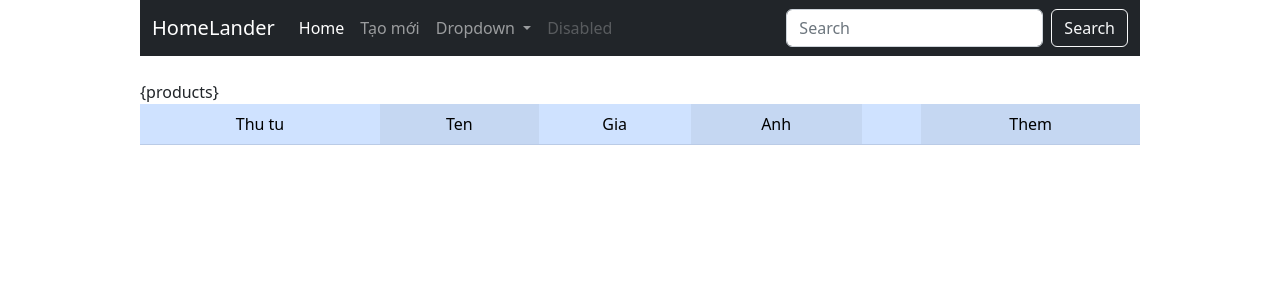
Repository: nguyenhung50497/MD3_CRUD-2Table
Page: src/views/home.html
These files come from the project's save history. The page is drawn as it stood at one moment and after the next save; the edit follows.
The browser window is 1280 px wide. The pictures show the whole page.

Above is the page before, as saved 2022-12-28 15:31:06.

After the next save:
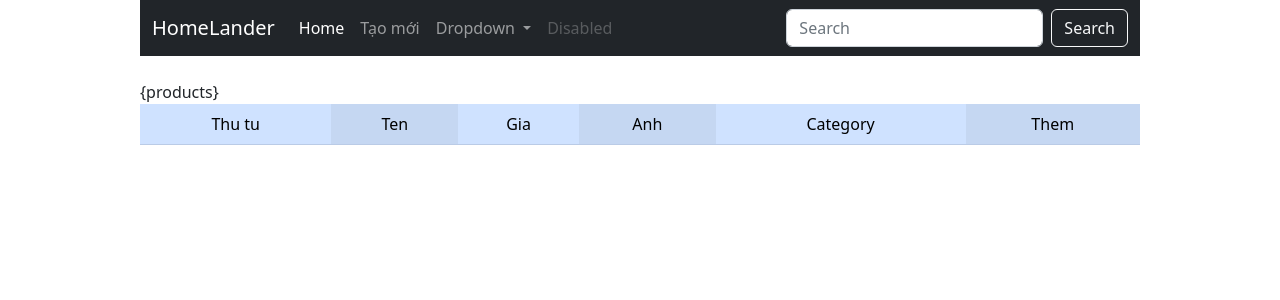
Saved 4 s later.
--- a/src/views/home.html
+++ b/src/views/home.html
@@ -51,7 +51,7 @@
             <td>Ten</td>
             <td>Gia</td>
             <td>Anh</td>
-            <td></td>
+            <td>Category</td>
             <td colspan="2">Them</td>
         </tr>
         <tbody>
